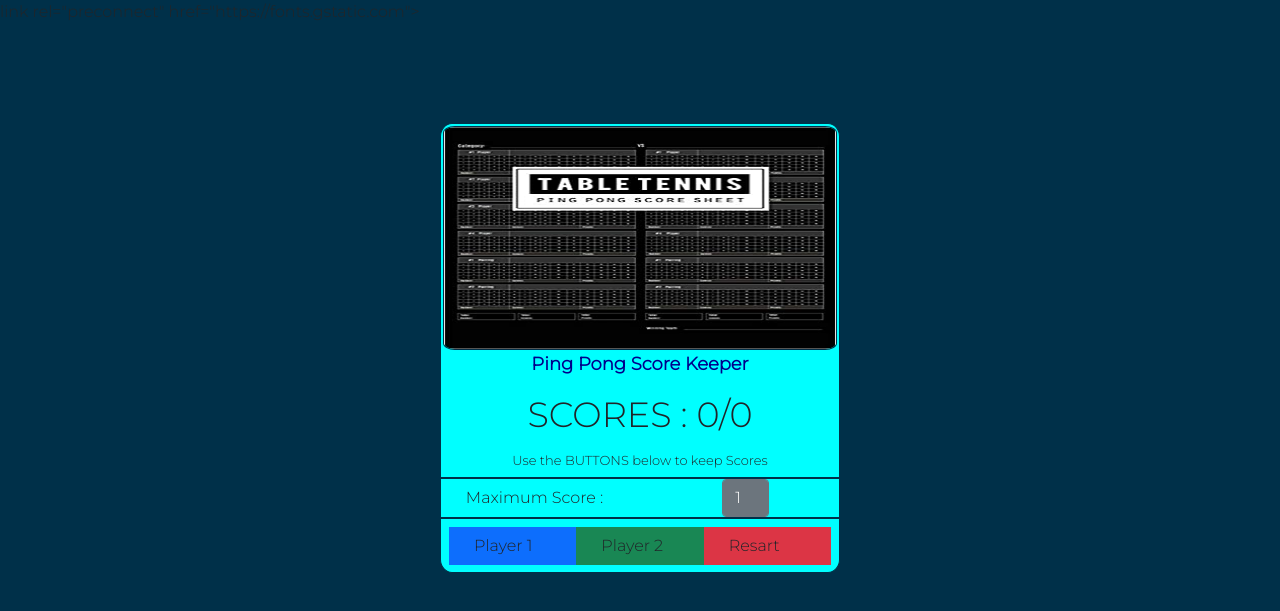
Repository: uditjain100/JavaScript-for-Web
Page: 9.Score Keeper Project/sk.html
An editor plug-in stored every save of this project. The page is shown before and after the next save, followed by the edit.
The browser window is 1280 px wide. The pictures show the whole page.

Above is the page before, as saved 2021-01-22 21:45:11.

### 9.Score Keeper Project/sk.html
<!DOCTYPE html>
<html lang="en">
  <head>
    <meta charset="UTF-8" />
    <meta name="viewport" content="width=device-width, initial-scale=1.0" />
    <title>Score Keeper</title>
    <link
      href="https://cdn.jsdelivr.net/npm/bootstrap@5.0.0-beta1/dist/css/bootstrap.min.css"
      rel="stylesheet"
      integrity="sha384-giJF6kkoqNQ00vy+HMDP7azOuL0xtbfIcaT9wjKHr8RbDVddVHyTfAAsrekwKmP1"
      crossorigin="anonymous"
    />
    link rel="preconnect" href="https://fonts.gstatic.com">
    <link
      href="https://fonts.googleapis.com/css2?family=Montserrat:wght@300&display=swap"
      rel="stylesheet"
    />
    <link rel="stylesheet" href="app.css" />
  </head>
  <body>
    <div class="container">
      <div id="mainbody" class="main" style="height: 450px">
        <img
          src="image.png"
          alt="Table_Tennis"
          class="img-fluid mx-auto"
          style="width: 99%; height: 50%"
        />

        <h6 id="heading" class="diaply-10">Ping Pong Score Keeper</h6>

        <div id="scores" class="scores m-2 p-1 mx-auto">
          <span id="score" class="score">SCORES : 0/0</span>
        </div>

        <h6 id="instruction">Use the BUTTONS below to keep Scores</h6>

        <div id="maxScores" class="row">
          <div class="col-6">
            <h6 id="max_score" class="display-10 fw-4">Maximum Score :</h6>
          </div>
          <div id="select_02" class="col-2">
            <select
              class="form-control btn-secondary"
              name="max-score"
              id="max-score"
            >
              <option value="1">1</option>
              <option value="2">2</option>
              <option value="3">3</option>
              <option value="4">4</option>
              <option value="5">5</option>
            </select>
          </div>
        </div>

        <div id="allbtns" class="row m-2">
          <div class="col-4 bg-primary">
            <button class="btn">Player 1</button>
          </div>
          <div class="col-4 bg-success">
            <button class="btn">Player 2</button>
          </div>
          <div class="col-4 bg-danger">
            <button class="btn">Resart</button>
          </div>
        </div>

        <!-- ********************* -->
      </div>
    </div>
  </body>
</html>

### 9.Score Keeper Project/app.css
body {
  background-color: #003049;
  font-family: "Montserrat";
}

.container {
  display: flex;
  justify-content: center;
  align-items: center;
  min-height: 90vh;
}

img {
  display: flex;
  justify-content: center;
  margin-top: 2px;
  border: 0.5px #003049 solid;
  border-radius: 3%;
}

#mainbody {
  background-color: aqua;
  border: 0.5px #003049 solid;
  border-radius: 3%;
  width: 400px;
}

#heading {
  margin: 3px;
  padding: 1px;
  text-align: center;
  color: darkblue;
  font-weight: 900;
  font-size: large;
  font-family: "Montserrat";
}

#scores {
  display: flex;
  justify-content: center;
  align-items: center;
}

#instruction {
  text-align: center;
  font-size: small;
}

#maxScores {
  display: flex;
  align-items: center;
  border-top: 2px #003049 solid;
  border-bottom: 2px #003049 solid;
}

#max_score {
  padding: 2px;
  margin: 0px auto;
  text-align: center;
}

#select_02 {
  margin: 0px auto;
}

#score {
  text-align: center;
  font-size: 35px;
}

After the next save:
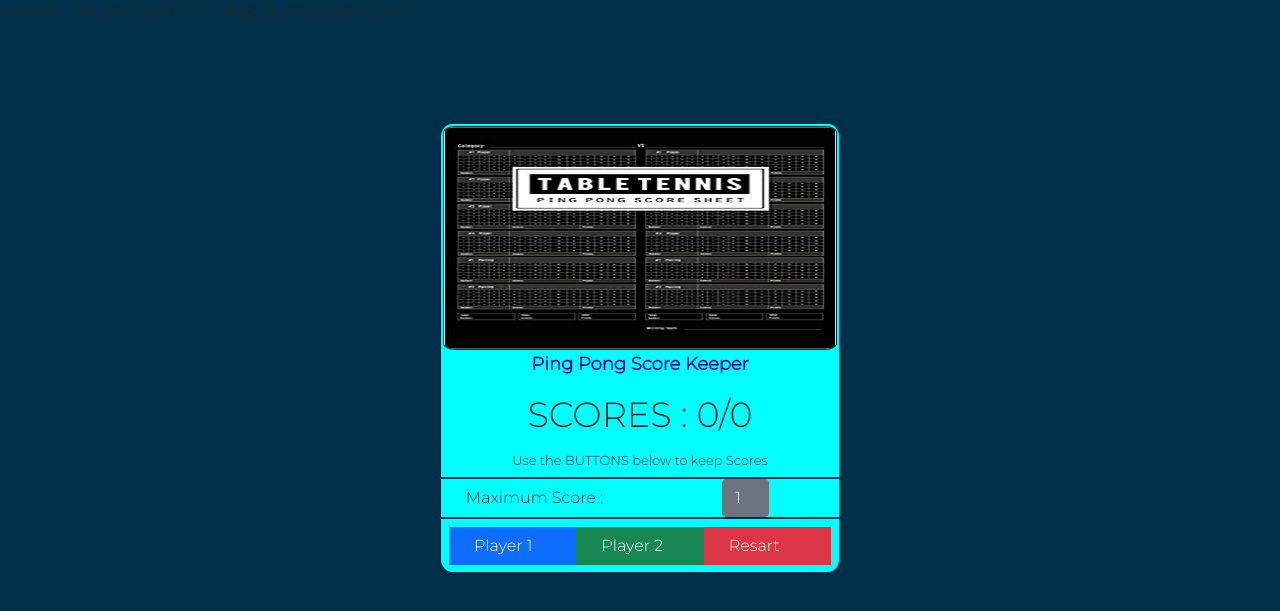
Saved 29 s later.
--- a/9.Score Keeper Project/app.css
+++ b/9.Score Keeper Project/app.css
@@ -67,3 +67,7 @@ img {
   text-align: center;
   font-size: 35px;
 }
+
+.btn {
+  color: white;
+}
